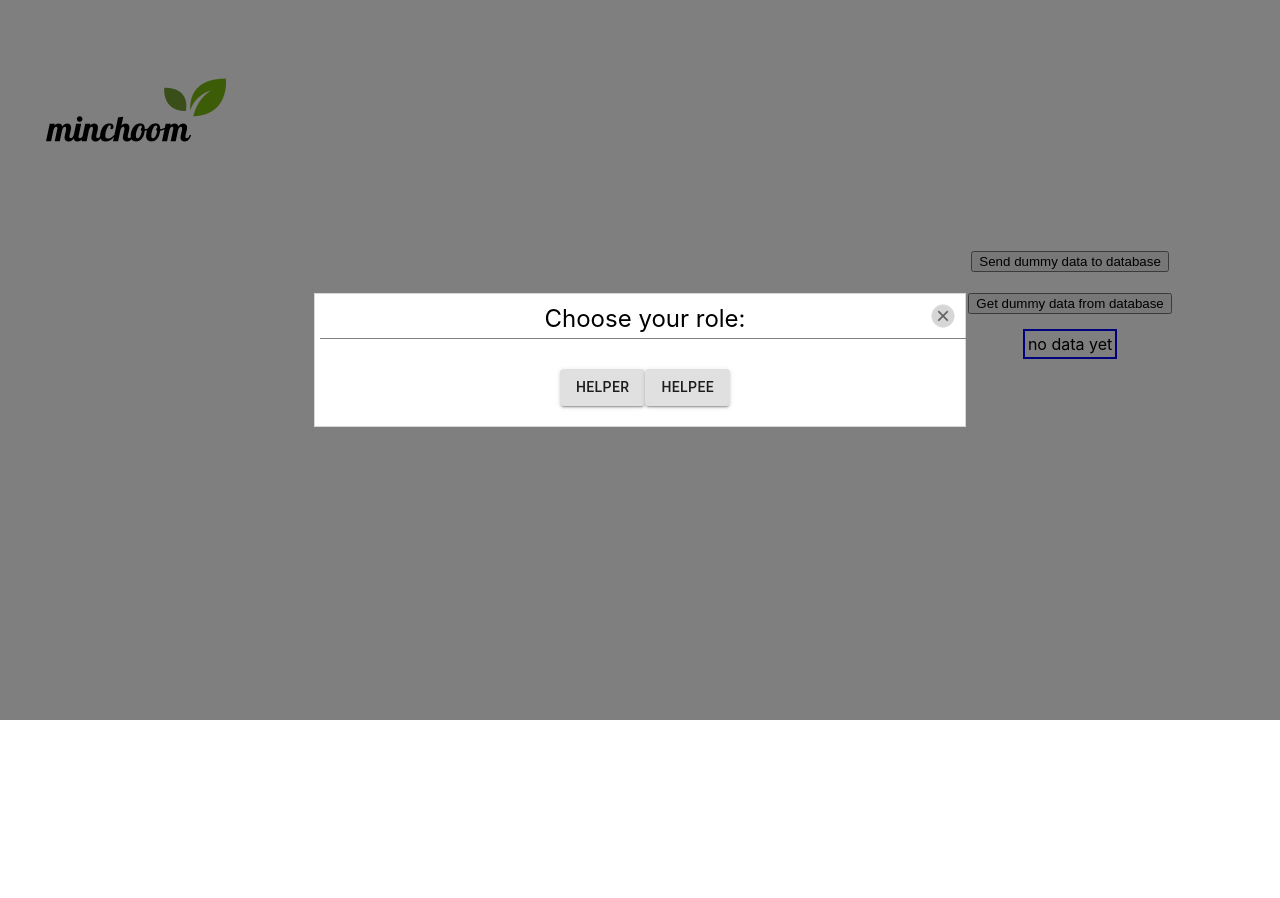
Repository: jeongeonp/MinChoAvengers
Page: / (app in minchoom/)
These files come from the project's save history. The page is drawn as it stood at one moment and after the next save; the edit follows.
The browser window is 1280 px wide. The pictures show the whole page.
The project was rebuilt for these pictures with package versions that can differ from the ones it lists, and the page was loaded fresh each time.

Above is the page before, as saved 2020-11-19 17:04:17.

### minchoom/src/App.js
import React, { Component } from 'react';
import { BrowserRouter as Router, Route } from 'react-router-dom';
import Home from './components/Home'



class App extends Component {
  constructor(props) {
    super(props);
  }
  render() {

    return (
      <Router>
          <Route exact path="/" component={Home}></Route>
      </Router>
    );
  }
}

export default App;

### minchoom/src/components/Home.js
import React, { Component } from 'react';
import ReactPlayer from 'react-player'
import { Header, Input, Form, Button, Progress, Dimmer, Loader } from 'semantic-ui-react';
import '../App.css';
import logo from'../minchoom-logo.png';
import Chat from './Chat';
import Modal from './Modal';

const databaseURL = "https://minchoom-cs473.firebaseio.com/";

class Home extends Component {
    constructor(props) {
        super(props);
        this.state = {
            playing: false,
            playbackRate: 1.0,
            modalOpen: true,
            dummyData: "no data yet",
        }
        this.sendData = this.sendData.bind(this);
        this.getData = this.getData.bind(this);
        this.closeModal = this.closeModal.bind(this);
    }

    sendData = () => {
        const sampleString = "Sent at " + new Date() + "- last dummy data from firebase."
        const sampleDict = {text: "Sent at " + new Date() + "- last dummy data from firebase."}
        return fetch( `${databaseURL+'/dummyData'}/.json`, {
            method: 'PATCH',
            body: JSON.stringify(sampleDict)
        }).then(res => {
            if (res.status !== 200) {
                throw new Error(res.statusText);
            }
            return res.json();
        }).then(() => {
            console.log("Dummy data succesfully sent!")
        })
    }

    getData = () => {
        fetch( `${databaseURL+'/dummyData'}/.json`).then(res => {
            if (res.status !== 200) {
                throw new Error(res.statusText);
            }
            return res.json();
        }).then(res => {
            const keys = Object.keys(res)
            console.log(res)
            this.setState({
                dummyData: res["text"],
            })
        })
    }

    closeModal(){
        this.setState({modalOpen: false})
      }

    render() {
        const { } = this.props;
        const {playing, playbackRate, dummyData, modalOpen} = this.state;
        const { sendData, getData } = this;
        return (
            <div className="Home">
                <div className="header-bar">
                    <div className="header-title">
                        <img src={logo} alt="fireSpot"/>
                    {/*
                    <Header as="h1">
                        Minchoom 🌿
                    </Header>
                    */}
                    </div>
                </div>
                <div className="main-page">
                <div className="split-left"  tabIndex="1">
                    <div className="main-video">
                    <ReactPlayer ref={this.ref} playing={playing}
                    playbackRate={playbackRate} id="video"  width="100%" height="100%" controls url = {'https://www.youtube.com/watch?v=rj_YjNakQ5k'} onPause={this._onPause}
                    onPlay={this._onPlay}
                    onReady={this._onReady}
                    onProgress={this.handleProgress}
                    onDuration={this.handleDuration}
                    onSeek={this._onSeek}>
                    </ReactPlayer>
                    </div>
                </div>
                <div className="split-right" >
                    <Chat>

                    </Chat>
                    <button type="button" onClick={sendData}>Send dummy data to database</button> <br/> <br/>
                    <button type="button" onClick={getData}>Get dummy data from database</button> <br/> <br/>
                    { dummyData
                        ?
                        <span style={{border: "2px solid blue", padding: "3px", margin: "3px"}}>{dummyData}</span>
                        :
                        <span> no data yet</span>
                    }
                </div>
                </div>
                <Modal open={modalOpen} closeModal={this.closeModal}></Modal>
            </div>
        )
    }
}
export default Home;

### minchoom/src/App.css

.Home {
  text-align: center;
  height: 100vh;
}
.header-title {
  margin: 10px 10px;
}

.header-bar{
  justify-content: left;
  display: grid;
  margin-left: 2%;
  grid-auto-flow: column dense;
}


.main-page {
  width: 100%;
  height: 90%;
  display: flex;
}

.split-left {
  width: 70%;
  height: 100%;
  margin-left: 2%;
  margin-top: 2%;
  overflow-x: hidden;
  overflow-y: hidden;
  left: 0;
}
.split-right {
  width: 30%;
  height: 100%;
  margin-right: 2%;
  margin-top: 2%;
  overflow-x: hidden;
  overflow-y: hidden;
  right: 0;
}
.main-video {
  /* top: 10%; */
  width: 90%;
  height: 70%;

}

.modal {
  font-size: 17px;
}
.modal > .header {
  width: 100%;
  border-bottom: 1px solid gray;
  font-size: 24px;
  text-align: center;
  padding: 5px;
}
.modal > .content {
  width: 100%;
  padding: 10px 5px 10px;
  text-align: center;
  font-size: 20px;
}
.modal > .actions {
  width: 100%;
  padding: 10px 5px 15px;
  margin: auto;
  text-align: center;

}
.modal > .close {
  cursor: pointer;
  position: absolute;
  display: block;
  padding: 2px 5px;
  line-height: 20px;
  right: 10px;
  top: 10px;
  font-size: 24px;
  border-radius: 18px;
  border: none;
}

.button{
  margin: 5px;
}


@keyframes App-logo-spin {
  from {
    transform: rotate(0deg);
  }
  to {
    transform: rotate(360deg);
  }
}

### minchoom/src/components/Chat.js
import React from "react";
import Popup from "reactjs-popup";
import '../App.css';

export default class Chat extends React.Component {
    constructor(props) {
        super(props);
        this.state = {

          };
      }




    render() {

       return null;

    }};

### minchoom/src/components/Modal.js
import React from "react";
import Popup from "reactjs-popup";
import '../App.css';
import 'reactjs-popup/dist/index.css';
import Button from '@material-ui/core/Button';
import IconButton from '@material-ui/core/IconButton'

export default class Modal extends React.Component {
    constructor(props) {
        super(props);
        this.state = {

          };
      }


      handleChange(event) {
        this.setState({input: event.target.value});
      }

      handleSubmit(event, close) {

        return false;
      }



    render() {
        const { open, closeModal, } = this.props;
        return (
            <Popup  open={open} position="top center" >
              {close => (
                <div className="modal">
                  <IconButton className="close"  onClick={close}>
                    &times;
                  </IconButton>
                  <div className="header"> Choose your role: </div>
                  <div className="content">
                  {" "}
                  </div>
                  <div className="actions">
                  <Button className="button" variant="contained" onClick={() => { console.log("modal closed "); closeModal();
                      //send to server
                    }}>
                      Helper
                  </Button>
                  <Button className="button" variant="contained" onClick={() => { console.log("modal closed "); closeModal();
                      //send to server
                    }}>
                      Helpee
                  </Button>
                  </div>
                </div>
              )}

            </Popup>
        )
    }};

Loaded but not shown: minchoom/public/index.html (common file); minchoom/src/index.js (common file); minchoom/src/index.css (common file); minchoom/src/reportWebVitals.js (common file)

After the next save:
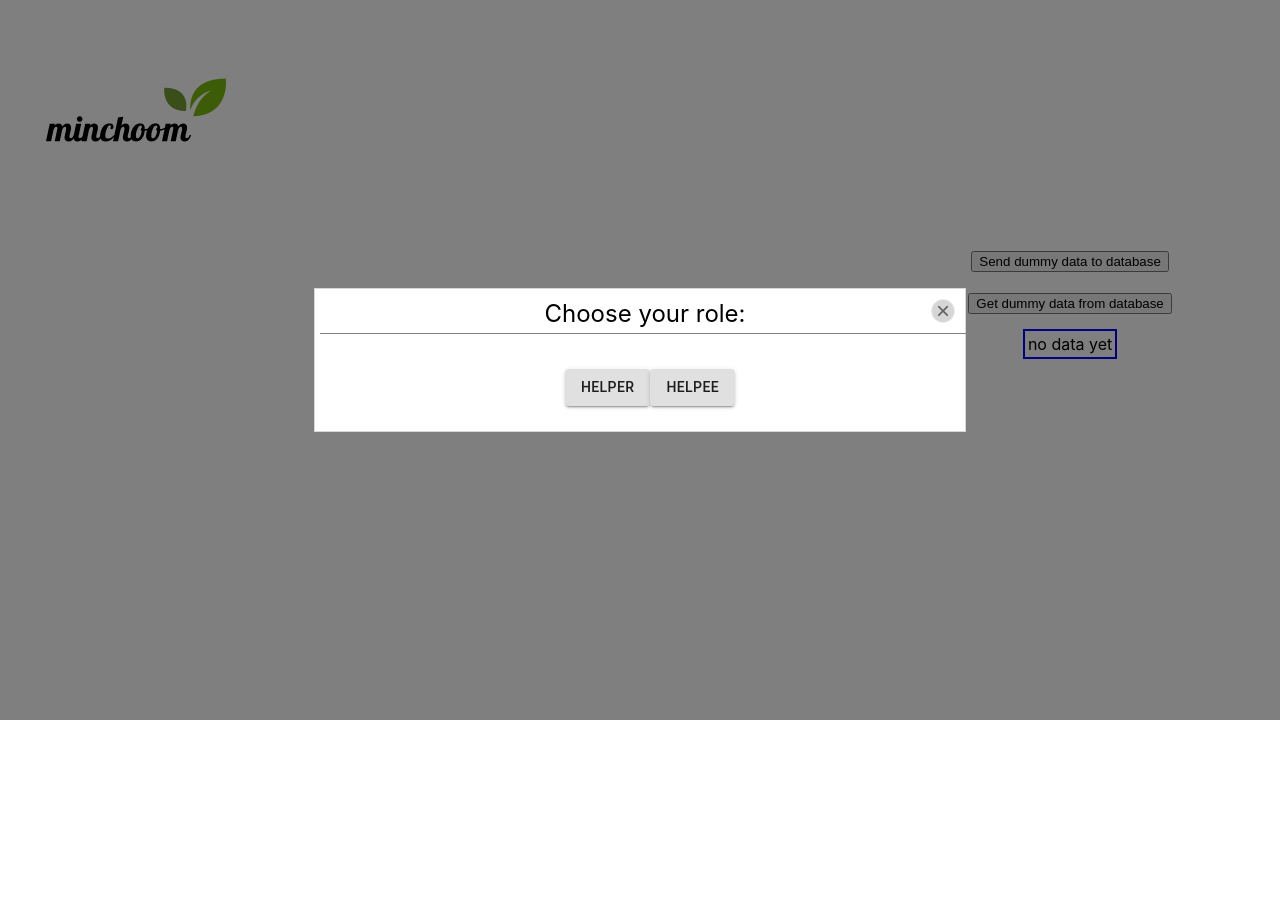
Saved 2 min 5 s later.
--- a/minchoom/src/App.css
+++ b/minchoom/src/App.css
@@ -65,7 +65,7 @@
 .modal > .actions {
   width: 100%;
   padding: 10px 5px 15px;
-  margin: auto;
+  margin: 5px;
   text-align: center;
 
 }
